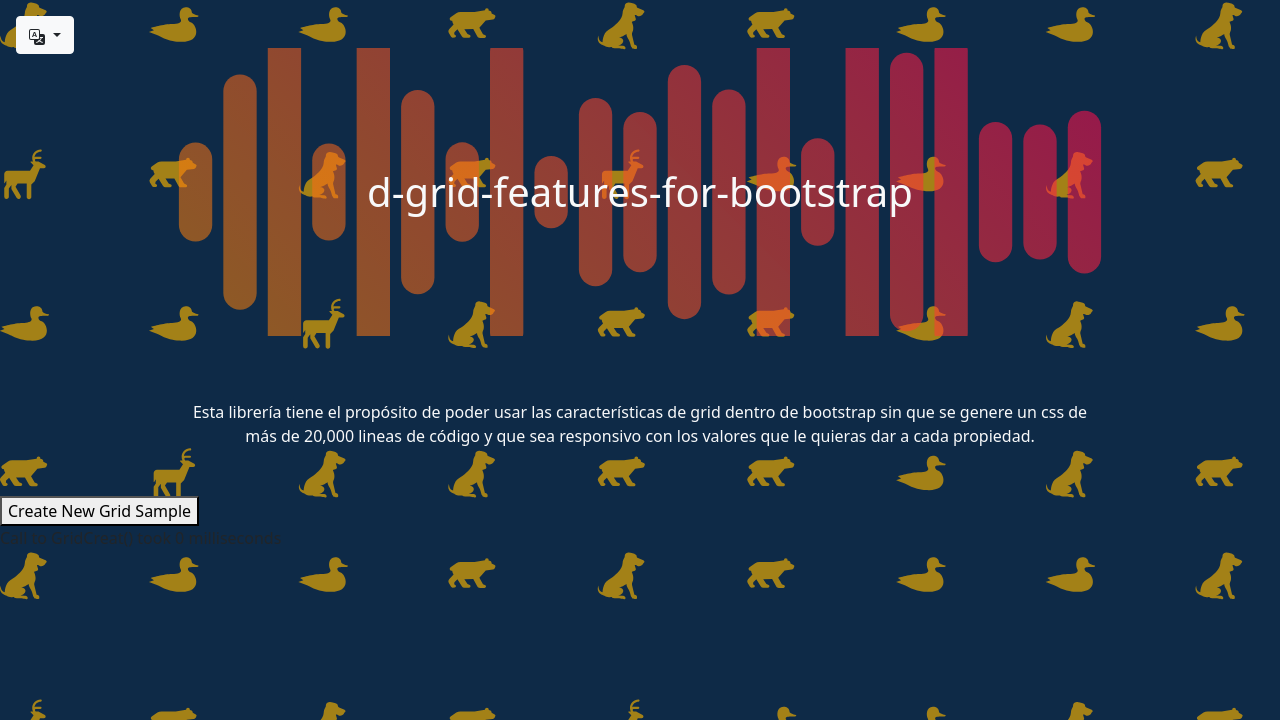
Repository: LynxPardelle/d-grid-features-for-bootstrap
Page: index.html
An editor plug-in stored every save of this project. The page is shown before and after the next save, followed by the edit.
The browser window is 1280 px wide. The pictures show the whole page.

Above is the page before, as saved 2022-06-23 00:18:49.
Not found: gfbs-styles.css

After the next save:
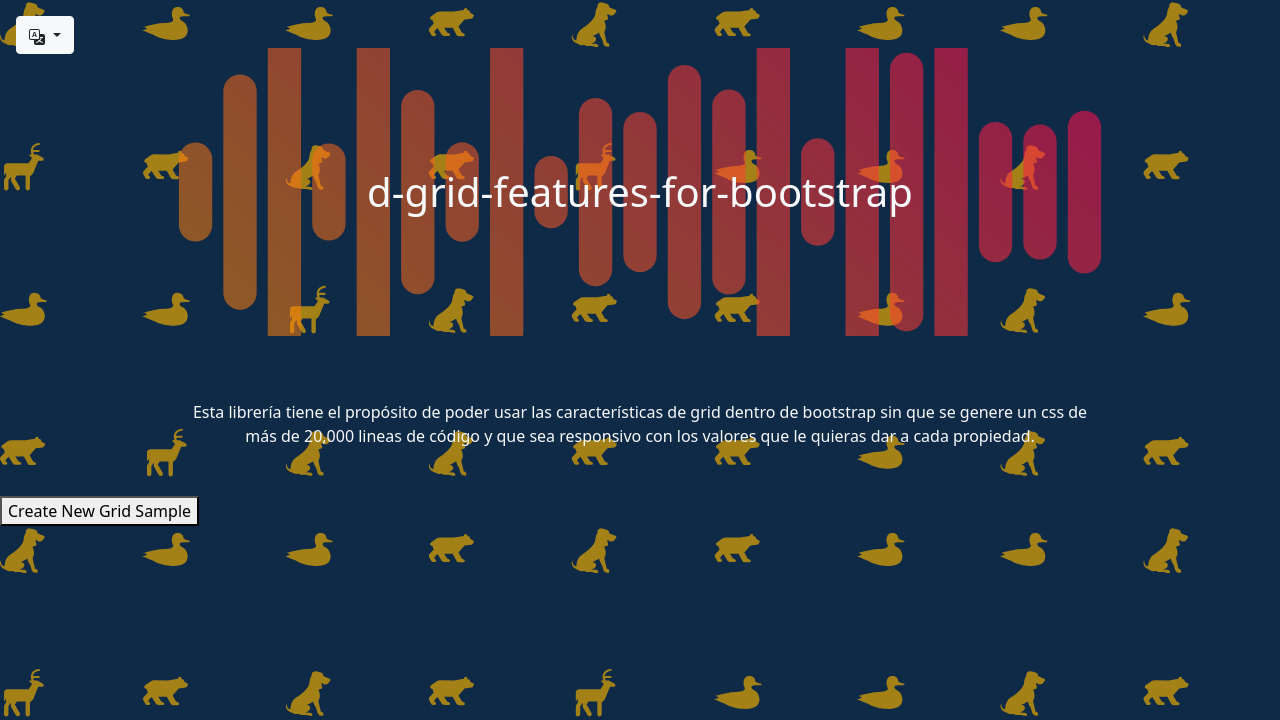
Console error (its wording comes from the project's code and is left out).
Saved 32 s later.
--- a/d-grid.js
+++ b/d-grid.js
@@ -45,7 +45,7 @@ async function GridCreate() {
               if (gfb.includes("gt") && rule.cssText.includes("grid-template")) {
                 if (
                   rule.cssText.includes(
-                    attValue.replace(/\n/g, "").replace(/\s\s/g, "").replace("end][row","end row")
+                    attValue.replace(/\n/g, "").replace(/\s\s/g, "").replace(/"end][row"/g,"end row")
                   )
                 ) {
                   console.log("it has it");

After the save that followed:
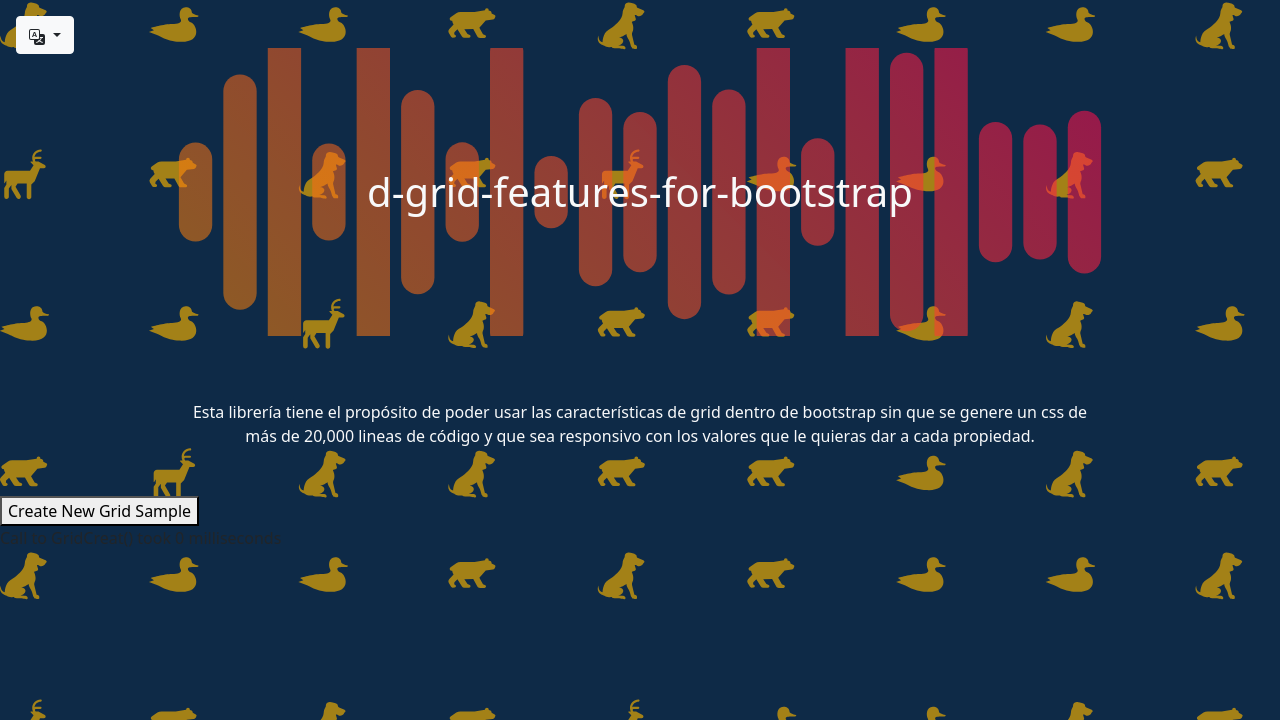
The error is gone.
Saved 11 s later.
--- a/d-grid.js
+++ b/d-grid.js
@@ -45,7 +45,7 @@ async function GridCreate() {
               if (gfb.includes("gt") && rule.cssText.includes("grid-template")) {
                 if (
                   rule.cssText.includes(
-                    attValue.replace(/\n/g, "").replace(/\s\s/g, "").replace(/"end][row"/g,"end row")
+                    attValue.replace(/\n/g, "").replace(/\s\s/g, "").replace(/"end\]\[row"/g,"end row")
                   )
                 ) {
                   console.log("it has it");
